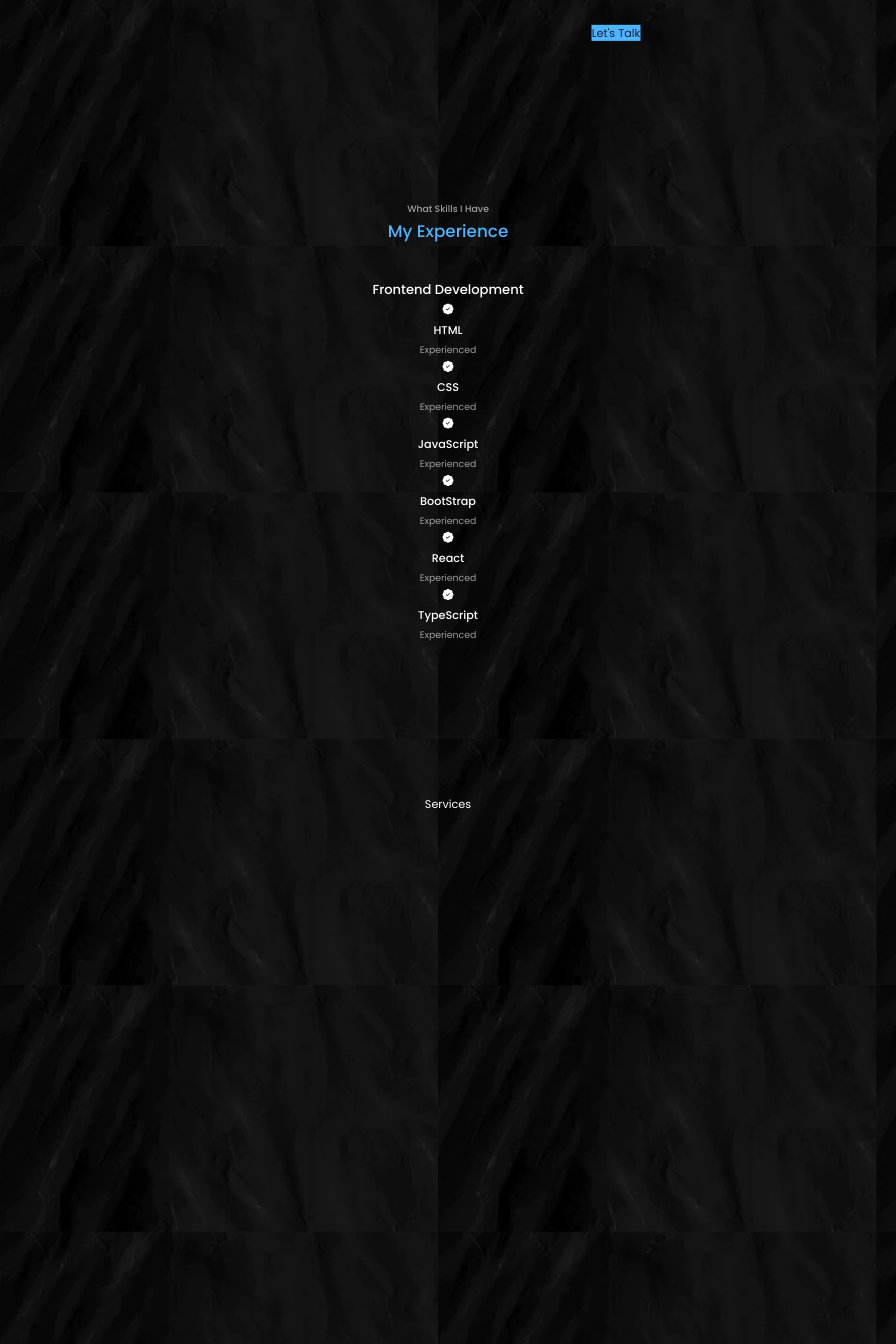
Repository: mayuri2018/Mr_react_portfolio
Page: /
An editor plug-in stored every save of this project. The page is shown before and after the next save, followed by the edit.
The browser window is 1280 px wide. The pictures show the part of the page from y = 1408 to 3328 px (the page is 5835 px tall), at 70% of full size.
The project was rebuilt for these pictures with package versions that can differ from the ones it lists, and the page was loaded fresh each time. Also part of the build but not shown: src/components/experience/experience.css, src/components/services/services.css, src/components/portfolio/portfolio.css, src/components/testimonials/testimonials.css, src/components/contact/contact.css, src/components/footer/footer.css.

Above is the page before, as saved 2023-01-25 14:00:44.

### public/index.html
<!DOCTYPE html>
<html lang="en">
  <head>
    <meta charset="utf-8" />
    <link rel="icon" href="%PUBLIC_URL%/favicon.ico" />
    <meta name="viewport" content="width=device-width, initial-scale=1" />
    <meta name="theme-color" content="#000000" />
    <meta
      name="description"
      content="Web site created using create-react-app"
    />
    <link rel="apple-touch-icon" href="%PUBLIC_URL%/logo192.png" />
    <!--
      manifest.json provides metadata used when your web app is installed on a
      user's mobile device or desktop. See https://developers.google.com/web/fundamentals/web-app-manifest/
    -->
    <link rel="manifest" href="%PUBLIC_URL%/manifest.json" />
    <!--
      Notice the use of %PUBLIC_URL% in the tags above.
      It will be replaced with the URL of the `public` folder during the build.
      Only files inside the `public` folder can be referenced from the HTML.

      Unlike "/favicon.ico" or "favicon.ico", "%PUBLIC_URL%/favicon.ico" will
      work correctly both with client-side routing and a non-root public URL.
      Learn how to configure a non-root public URL by running `npm run build`.
    -->
    <title>React portfolio</title>
  </head>
  <body>
    <noscript>You need to enable JavaScript to run this app.</noscript>
    <div id="root"></div>
    <!--
      This HTML file is a template.
      If you open it directly in the browser, you will see an empty page.

      You can add webfonts, meta tags, or analytics to this file.
      The build step will place the bundled scripts into the <body> tag.

      To begin the development, run `npm start` or `yarn start`.
      To create a production bundle, use `npm run build` or `yarn build`.
    -->
  </body>
</html>

### src/index.css
@import url('https://fonts.googleapis.com/css2?family=Poppins:wght@300;400;500;600&display=swap');
*{
  margin:0;
  padding: 0;
  border: 0;
  outline: 0;
  box-sizing:border-box;
  list-style: none;
  text-decoration: none;
}
:root{
  --color-bg:#1f1f38;
  --color-bg-variant:#2c2c6c;
  --color-primary:#4db5ff;
  --color-primary-vriant:rgba(77,181,255,0.4);
  --color-white:#fff;
  --color-light:rgba(255, 255, 255, 0.6);
  --transition: all 400ms;
  --container-width-lg:75%;
  --container-width-md:86%;
  --container-width-ms:90%;
}

html {
  scroll-behavior: smooth;
}

::-webkit-scrollbar{
  display: none;
}
body{
  font-family: "Poppins", sans-serif;
  background:var (--color-white);
  color: var(--color-white);
  line-height: 1.7;
  background-image: url(../src/assets/bg-texture.webp);
}
/*---------general style---------*/
.container{
  width: var(--container-width-lg);
  margin: 0 auto;
}

h1,
h2,
h3,
h4,
h5{
  font-weight:500;
}
h1{
  font-size: 2.5rem;
}
section{
  margin-top: 8rem;
  height: 100vh;
}
section > h2,
section >h5{
  text-align: center;
  color: var(--color-light);
}
section > h2{
  color: var(--color-primary);
  margin-bottom: 3rem;
}
.text-light{
  color: var(--color-light);
}
a{
  color: var(--color-primary);
  transition: var(--transition);
}
a:hover{
  color: var(--color-white);
}
.btn{
  width: max-content;
  display: inline-block;
  color: var(--color-primary);
  padding: 0.75rem 1.2rem;
  border-radius: 0.4rem;
  cursor: pointer;
  border: 1px solid var(--color-primary);
  transition: var(--transition);
}
.btn:hover{
  background: var(--color-white);
  color: var(--color-bg);
  border-color: transparent;
}
.btn-primary{
  background: var(--color-primary);
  color: var(--color-bg);
}
img{
  display: block;
  width: 100%;
  object-fit: cover;
}
/*----------Media Queries (Medium devices)-----*/
@media screen and (max-width: 1024px){
  .container{
    width: var(--container-width-md);
  }
  section{
    margin-top: 6rem;
  }

}
/*----------Media Queries (small devices)-----*/
@media screen and (max-width: 600px){
  .container{
    width: var(--container-width-md);
  }
  section > h2{
    margin-bottom: 2rem;
  }

}

### src/App.js
import logo from './logo.svg';
import './App.css';
import Header from "./components/header/Header";
import Nav from "./components/nav/Nav";
import About from "./components/about/About";
import Experience from "./components/experience/Experience";
import Services from "./components/services/Services";
import Portfolio from "./components/portfolio/Portfolio";
import Testimonials from "./components/testimonials/Testimonials";
import Contact from "./components/contact/Contact";
import Footer from "./components/footer/Footer";

function App() {
  return (
    <div className="App">
      <Header/>
      <Nav/>
      <About/>
      <Experience/>
      <Services/>
      <Portfolio/>
      <Testimonials/>
      <Contact/>
      <Footer/>

    </div>
  );
}

export default App;

### src/components/header/Header.jsx
import React from "react";
import "./header.css";
import ME from "../../assets/ME.jpeg";
import CTA from "./CTA";
import HeaderSocials from "./HeaderSocials";

export default function Header(){
    return(
        <header>
            <div className="container header_container">
                <h5>Hello I'm</h5>
                <h1>Mayuri Vaddempudi</h1>
                <h5 className="text-light">Fullstack Developer</h5>
                <CTA/>
                <HeaderSocials/>
                <div className="me">
                    <img src={ME} alt="me"/>
                </div>
                <a href="#contact" className="scroll_down">Scroll Down</a>
            </div>
        </header>

    )
}

### src/components/nav/Nav.jsx
import React from "react";
import "./nav.css";
import {AiOutlineHome} from "react-icons/ai";
import {BiBook} from "react-icons/bi";
import {AiOutlineUser} from "react-icons/ai";
import {RiServiceLine} from "react-icons/ri";
import {BiMessageSquareDetail} from "react-icons/bi";
import { useState } from "react";

export default function Nav(){
    const[activeNav, setActiveNav] = useState("#")
    return(
        <nav>
            <a href="#" onClick = {()=> setActiveNav("#")}className={activeNav === "#" ? "active" : ""}><AiOutlineHome/></a>
            <a href="#about" onClick = {()=> setActiveNav("#about")}className={activeNav === "#about" ? "active" : ""}><AiOutlineUser/></a>
            <a href="#experience" onClick = {()=> setActiveNav("#experience")}className={activeNav === "#experience" ? "active" : ""}><BiBook/></a>
            <a href="#services" onClick = {()=> setActiveNav("#services")}className={activeNav === "#services" ? "active" : ""}><RiServiceLine/></a>
            <a href="#contact" onClick = {()=> setActiveNav("#contact")}className={activeNav === "#contact" ? "active" : ""}><BiMessageSquareDetail/></a>
        </nav>

    )
}

### src/components/about/About.jsx
import React from "react";
import "./about.css";
import ME from "../../assets/ME.jpeg";
import{FaAward} from "react-icons/fa";
import{FiUsers} from "react-icons/fi";
import{VscFolderLibrary} from "react-icons/vsc";

export default function About(){
    return(
        <section id="about">
            <h5>Get To Know</h5>
            <h2>About Me</h2>
            <div className="container about_container">
                <div className="about_me">
                    <div className="about_me-image">
                        <img src={ME} alt="About-image"/>
                    </div>
                </div>

                <div className="about_content">
                    <div className="about_cards">
                        <article className="about_card">
                            <FaAward className="about_icon"/>
                            <h5>Experience</h5>
                            <small>4+ Years working</small>
                        </article>

                        <article className="about_card">
                            <FiUsers className="about_icon"/>
                            <h5>Clients</h5>
                            <small>5 Worldwide</small>
                        </article>

                        <article className="about_card">
                            <VscFolderLibrary className="about_icon"/>
                            <h5>Projects</h5>
                            <small>5+ Completed</small>
                        </article>
                    </div>
                    <p>
                    Overall with 4 years of experience including design & developing for building websites.
                    My experience in web design led me to learn technologies such as SEO, Google Analytics,
                    Schema Markup and Wireframe.
                    Passionate about work in cross-functional teams and delivering the best solutions for customers.
                    Currently working on web apps created on ReactJs, Redux, React-router, and Axios.
                    Open for relocation and working as a front-end.
                    </p>
                    <a href="#contact" className="btn-primary">Let's Talk</a>
                </div>
            </div>
        </section>
    )
}

### src/components/experience/Experience.jsx
import React from "react";
import "./experience.css";
import {BsPatchCheckFill} from "react-icons/bs"

export default function Experience (){
    return(
        <section id="experience">
            <h5>What Skills I Have</h5>
            <h2>My Experience</h2>

            <div className="container experience_container">
                <div className="experience_frontend">
                    <h3>Frontend Development</h3>
                    <div className="experience_content">
                        <article className="experience_details">
                            <BsPatchCheckFill/>
                            <h4>HTML</h4>
                            <small className="text-light">Experienced</small>
                        </article>

                        <article className="experience_details">
                            <BsPatchCheckFill/>
                            <h4>CSS</h4>
                            <small className="text-light">Experienced</small>
                        </article>

                        <article className="experience_details">
                            <BsPatchCheckFill/>
                            <h4>JavaScript</h4>
                            <small className="text-light">Experienced</small>
                        </article>

                        <article className="experience_details">
                            <BsPatchCheckFill/>
                            <h4>BootStrap</h4>
                            <small className="text-light">Experienced</small>
                        </article>

                        <article className="experience_details">
                            <BsPatchCheckFill/>
                            <h4>React</h4>
                            <small className="text-light">Experienced</small>
                        </article>

                        <article className="experience_details">
                            <BsPatchCheckFill/>
                            <h4>TypeScript</h4>
                            <small className="text-light">Experienced</small>
                        </article>
                    </div>
                </div>

            </div>
        </section>
    )
}

### src/components/services/Services.jsx
import React from "react";
import "./services.css";

export default function Services(){
    return(
        <section id="services">Services</section>
    )
}

### src/components/portfolio/Portfolio.jsx
import React from "react";
import "./portfolio.css";

export default function Portfolio(){
    return(
        <section id="portfolio">Portfolio</section>
    )
}

### src/components/testimonials/Testimonials.jsx
import React from "react";
import "./testimonials.css";

export default function Testimonials(){
    return(
        <section id="testimonials">Testimonials</section>
    )
}

### src/components/contact/Contact.jsx
import React from "react";
import "./contact.css";

export default function Contact(){
    return(
        <section id="contact">Contact</section>
    )
}

### src/components/footer/Footer.jsx
import React from "react";
import "./footer.css";

export default function Footer(){
    return(
        <div>Footer</div>
    )
}

### src/components/header/header.css
header{
    height: 100vh;
    padding-top: 7rem;
    overflow: hidden;
}
.header_container{
    text-align: center;
    height: 100%;
    position: relative;
}
/*------------CTA-----------*/
.cta{
    margin-top: 2.5rem;
    display: flex;
    gap: 1.2rem;
    justify-content: center;
}
/*------------headerSocials-----------*/
.header_socials{
    display: flex;
    flex-direction: column;
    align-items: center;
    gap: 0.8rem;
    position: absolute;
    left: 0;
    bottom: 3rem;
}
.header_socials::after{
    content: "";
    width: 1px;
    height: 2rem;
    background: var(--color-primary);
}
/*------------ME-----------*/
.me{
    background: linear-gradient(var(--color-primary), transparent);
    width: 22rem;
    height: 30rem;
    position: absolute;
    left: calc(50% - 11rem);
    margin-top: 4rem;
    border-radius: 12rem 12rem 0 0;
    overflow: hidden;
    padding: 5rem 1.5rem 1.5rem 1.5rem;
}
/*------------scroll down-----------*/
.scroll_down{
    position: absolute;
    right: -2.3rem;
    bottom: 5rem;
    transform: rotate(90deg);
    font-weight: 300;
    font-size: 0.9;
}
/*----------Media Queries (Medium devices)-----*/
@media screen and (max-width: 1024px){
    header{
        height: 68vh;
    }

  }
  /*----------Media Queries (small devices)-----*/
  @media screen and (max-width: 600px){
    header{
        height: 100vh;
    }
    .header_socials,
    .scroll_down{
        display: none;
    }
  }

### src/components/header/CTA.jsx
import React from "react";

export default function CTA(){
    return(
        <div className="cta">
           <a href="{CV}" className="btn">Download CV</a>
           <a href="#contact" className="btn btn-primary">Let's Talk</a>
        </div>
    )
}

### src/components/header/HeaderSocials.jsx
import React from "react";
import {BsLinkedin} from "react-icons/bs";
import {BsGithub} from "react-icons/bs";
import {FaDribbble} from "react-icons/fa";

export default function HeaderSocials(){
    return(
        <div className="header_socials">
            <a href="https://linkedin.com" target="_blank"><BsLinkedin/></a>
            <a href="https://github.com" target="_blank"><BsGithub/></a>
            <a href="https://dribble.com" target="_blank"><FaDribbble/></a>
        </div>
    )
}

### src/components/nav/nav.css
nav{
    background: rgba(0, 0, 0, 0.3);
    width: max-content;
    display: block;
    padding: 0.7rem 1.7rem;
    z-index: 2;
    position: fixed;
    left: 50%;
    transform: translate(-50%);
    bottom: 2rem;
    display: flex;
    gap: 0.8rem;
    border-radius: 3rem;
    backdrop-filter: blur(15px);
}
nav a{
    background: transparent;
    padding: 0.9rem;
    border-radius: 50%;
    display: flex;
    color: var(--color-light);
    font-size: 1.1rem;
}
nav a:hover{
    background:rgba(0, 0, 0, 0.3);
}
nav a.active{
    background: var(--color-bg);
    color: var(--color-white);
}

### src/components/about/about.css
.about_container{
    display: grid;
    grid-template-columns: 35% 50%;
    gap:15%;
}

.about_me{
    width: 100%;
    aspect-ratio: 1/1;
    border-radius: 2rem;
    background: linear-gradient(
        45deg,
        transparent,
        var(--color-primary),
        transparent);
    display: grid;
    place-items: center;
}

.about_me-image{
    border-radius: 2rem;
    overflow: hidden;
    transform: rotate(10deg);
    transition: var(--transition);
}

.about_me-image:hover{
    transform: rotate(0);
}
.about_cards{
    display: grid;
    grid-template-columns: repeat(3, 1fr);
    gap: 1.5em;
}

.about_card{
    background: var(--color-bg-variant);
    border: 1px solid transparent;
    border-radius: 1rem;
    padding: 2rem;
    text-align: center;
    transition: var(--transition);
}

.about_card:hover{
    background: transparent;
    border-color: var(--color-primary-variant);
    cursor: default;
}

.about_icon{
    color: var(--color-primary);
    font-size: 1.4rem;
    margin-bottom: 1rem;
}
.about_card h5{
    font-size: 0.9rem;
}

.about_card small{
    font-size: 0.7rem;
    color: var(--color-light);
}

.about_content p{
    margin: 2rem 0 2.6rem;
    color:var(--color-light);
}

/*----------Media Queries (Medium devices)-----*/
@media screen and (max-width: 1024px){
    .about_container{
        grid-template-columns: 1fr;
        gap:0;
    }
    .about_me{
        width: 50%;
        margin: 1rem 0 1.5rem;
    }

  }
  /*----------Media Queries (small devices)-----*/
  @media screen and (max-width: 600px){
    .about_me{
        width: 65%;
        margin: 0 auto 3rem;
    }
    .about_cards{
        grid-template-columns: 1fr 1fr;
        gap:1rem ;
    }
    .about_content{
        text-align: center;
    }
    .about_content p{
        margin: 1.5rem 0;
    }
  }

Loaded but not shown: src/index.js (common file); src/reportWebVitals.js (common file); src/App.css (common file)

After the next save:
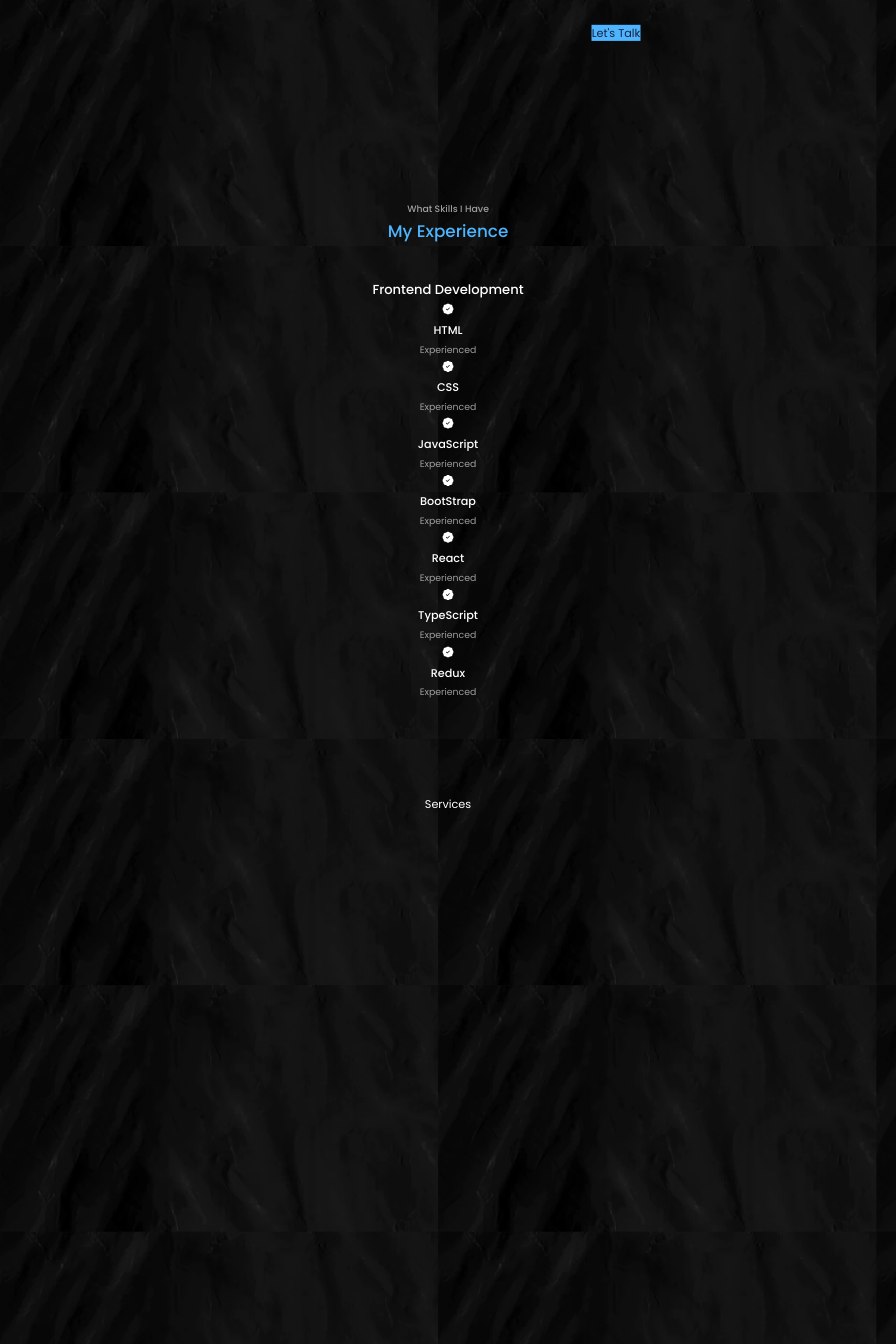
Saved 14 s later.
--- a/src/components/experience/Experience.jsx
+++ b/src/components/experience/Experience.jsx
@@ -47,6 +47,12 @@
                             <h4>TypeScript</h4>
                             <small className="text-light">Experienced</small>
                         </article>
+
+                        <article className="experience_details">
+                            <BsPatchCheckFill/>
+                            <h4>Redux</h4>
+                            <small className="text-light">Experienced</small>
+                        </article>
                     </div>
                 </div>
 
